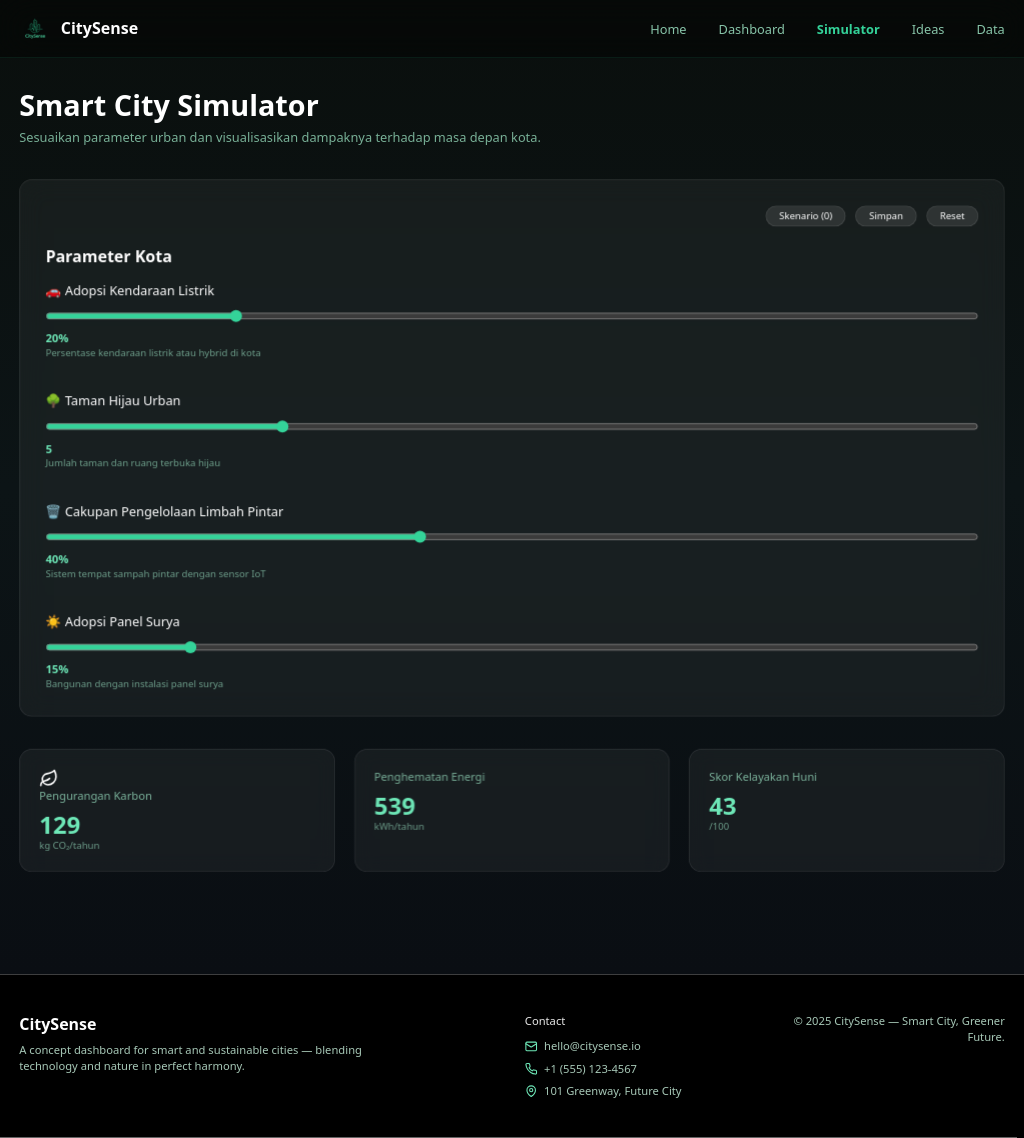
Repository: crashyet/CitySense
Page: /simulator
An editor plug-in stored every save of this project. The page is shown before and after the next save, followed by the edit.
The browser window is 1280 px wide. The pictures show the whole page, at 80% of full size.
The project was rebuilt for these pictures with package versions that can differ from the ones it lists, and the page was loaded fresh each time. Also part of the build but not shown: vite.config.js, src/pages/landing/Hero.jsx, src/pages/landing/DashboardPreview.jsx, src/pages/landing/Infographic.jsx, src/pages/landing/Community.jsx, src/pages/landing/index.jsx, src/components/EnergyPieChart.jsx, src/components/TrafficCongestionChart.jsx and 4 more.

Above is the page before, as saved 2025-11-18 15:57:35.

After the next save:
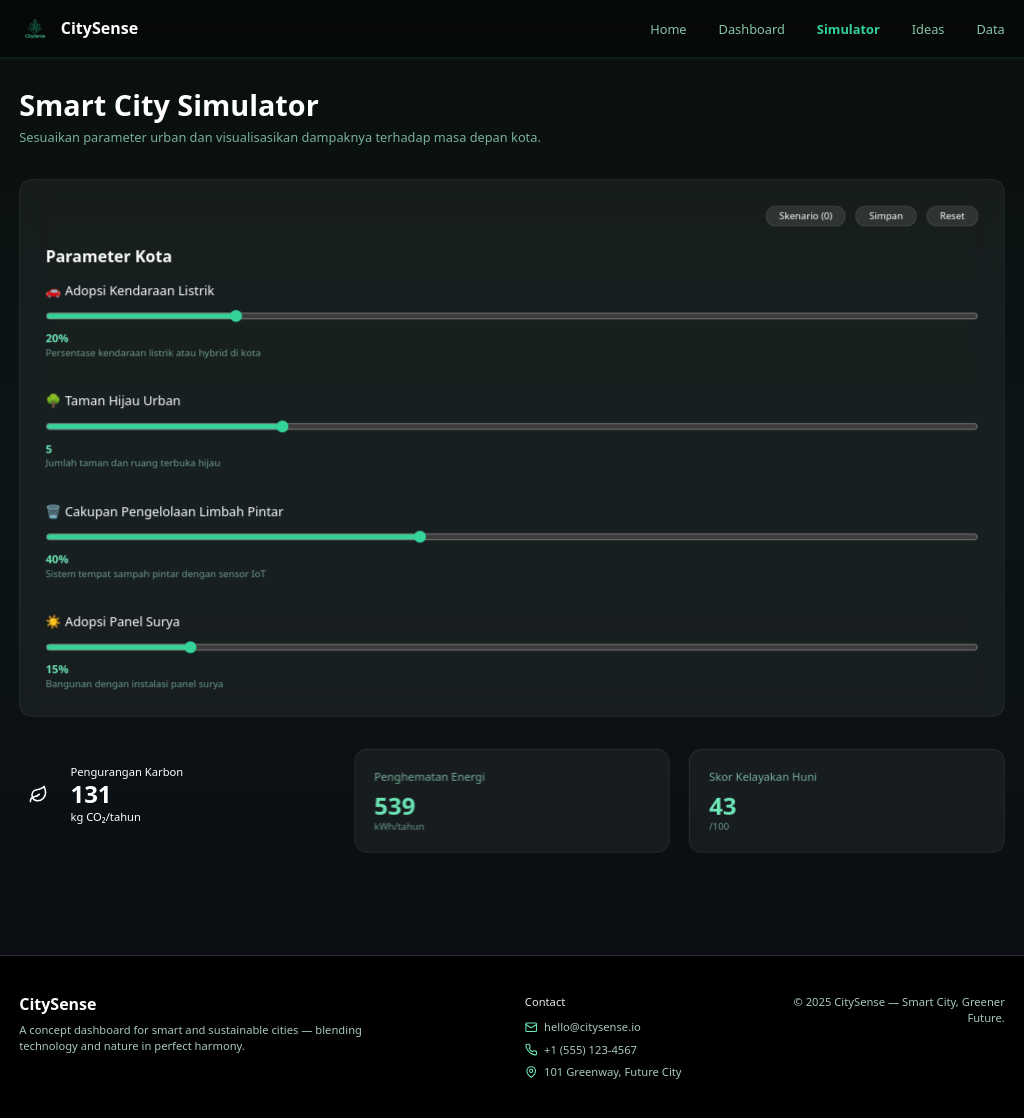
Saved 26 s later.
--- a/src/pages/Simulator/index.jsx
+++ b/src/pages/Simulator/index.jsx
@@ -135,12 +135,7 @@ export default function Simulator() {
           <div className="mt-10 grid grid-cols-1 sm:grid-cols-2 lg:grid-cols-3 gap-6">
 
             {/* RED CARBON */}
-            <div className="p-6 rounded-2xl bg-white/5 backdrop-blur-md border border-white/10">
-            <svg xmlns="http://www.w3.org/2000/svg" width="24" height="24" viewBox="0 0 24 24" fill="none" stroke="currentColor" stroke-width="2" stroke-linecap="round" stroke-linejoin="round" class="lucide lucide-leaf h-6 w-6 text-secondary"><path d="M11 20A7 7 0 0 1 9.8 6.1C15.5 5 17 4.48 19 2c1 2 2 4.18 2 8 0 5.5-4.78 10-10 10Z"></path><path d="M2 21c0-3 1.85-5.36 5.08-6C9.5 14.52 12 13 13 12"></path></svg>
-              <p className="text-sm text-emerald-200/70">Pengurangan Karbon</p>
-              <h3 className="text-3xl font-semibold mt-2 text-emerald-300">129</h3>
-              <p className="text-xs text-emerald-200/60">kg CO₂/tahun</p>
-            </div>
+            <div class="flex items-center gap-4 mb-4"><div class="p-3 rounded-lg bg-secondary/20"><svg xmlns="http://www.w3.org/2000/svg" width="24" height="24" viewBox="0 0 24 24" fill="none" stroke="currentColor" stroke-width="2" stroke-linecap="round" stroke-linejoin="round" class="lucide lucide-leaf h-6 w-6 text-secondary"><path d="M11 20A7 7 0 0 1 9.8 6.1C15.5 5 17 4.48 19 2c1 2 2 4.18 2 8 0 5.5-4.78 10-10 10Z"></path><path d="M2 21c0-3 1.85-5.36 5.08-6C9.5 14.52 12 13 13 12"></path></svg></div><div><p class="text-sm text-muted-foreground">Pengurangan Karbon</p><p class="text-3xl font-bold">131</p><p class="text-sm text-secondary">kg CO₂/tahun</p></div></div>
 
             {/* ENERGY SAVINGS */}
             <div className="p-6 rounded-2xl bg-white/5 backdrop-blur-md border border-white/10">
